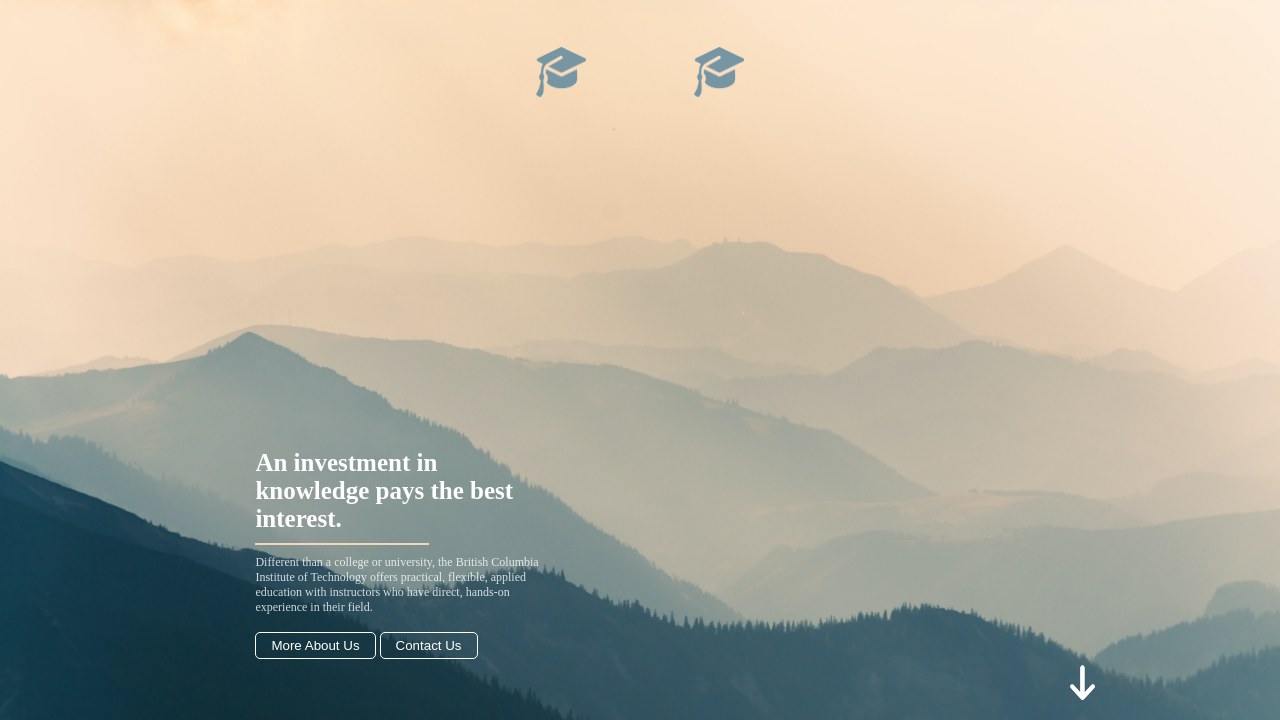
Repository: Sheraliramzan/Aly_A01253508_Assignment1
Page: /
An editor plug-in stored every save of this project. The page is shown before and after a run of saves, followed by the edit.
The browser window is 1280 px wide. The pictures show the whole page.
The project was rebuilt for these pictures with package versions that can differ from the ones it lists, and the page was loaded fresh each time. The framework's server and built-in components were replaced by stand-ins that run in the browser. Also part of the build but not shown: next.config.js.

Above is the page before, as saved 2023-02-04 17:12:31.

### pages/index.js
import Head from 'next/head'
import Image from 'next/image'
import styles from '../styles/Home.module.css'
import Navbar from '../components/nav/nav'

export default function Home() {
  return (
    <>
      <Head>
        <title>Home</title>
        <meta name="author" content="MDIA 2109" />
        <meta property="og:title" content= "Assignment #1 - Home Page"/>
        <meta property="og:description" content= "BCIT Digital Design and Development Diploma"/>
        <meta name="viewport" content="width=device-width, initial-scale=1" />
        <link rel="icon" href="/favicon.png" />
      </Head>
      <main className={styles.main}>
        <div className='fullcont'>
          <Navbar/>
          <div className="headcont">
            <h1 className="headhome">An investment in <br/>knowledge pays the best <br/> interest.</h1>
            <div className="horidiv"></div>
            <p className="para1">Different than a college or university, the British Columbia <br/> Institute of Technology offers practical, flexible, applied education with instructors who have direct, hands-on experience in their field.</p>
          </div>
          <a className='butcont'>
            <button className='but1'>More About Us</button>
            <button className='but1'>Contact Us</button>
          </a>
          <a>
            <span>
              <Image className='downarrow' src ={"/downwardArrow.png"} width={25} height={35}></Image>
            </span>
          </a>
        </div>
      </main>
    </>
  )
}

### styles/globals.css


* {
  box-sizing: border-box;
  padding: 0;
  margin: 0;
}

html,
body {
  max-width: 100vw;
  overflow-x: hidden;

  background-image:url('../public/background-images/backgroundMountain.jpg') ;
  background-size: cover;
  background-repeat: no-repeat;
  height: 100vh;
}
.nav-img-container {
  display: flex;
  align-items: center;
  justify-content: space-between;
  padding: 2rem 10rem;
}
.menu-bg-container {
  position: absolute;
  top: 0rem;
  left: 6.5rem;
}

ul {
  display: flex;
  flex-direction: column;
  gap: 2rem;
}

ul > li {
  list-style-type: none;
  color: white;
}
.list-container {
  position: absolute;
  display: flex;
  align-items: flex-start;
  left: 3rem;
  top: 3rem;
}

.btn-container {
  display: flex;
}

.close-btn {
  background-color: transparent;
  border: none;
  font-size: larger;
  color: white;
}

.fullcont{
  margin: 15px;
}
.but1{
  margin: 2px;
  padding: 5px 15px;
  background: none;
  border: 1px solid var(--primary-color);
  border-radius: 5px;
  color:var(--primary-color) ;
}
.butcont{
 margin-left: -123px;
}

.but1:hover{
  background-color: var( --primary-color);
  color: var(--quinary-color);
}
.downarrow{
  position: relative;
  left: 590px;
  top:50px;
}
.headcont{
  display: flex;
  flex-direction: column;
  width: 55%;
  margin-top: 320px;
  margin-left: -121px;
}
.headhome{
  color: var(--primary-color);
  font-size: 25px;
  margin-bottom: 10px;
}
.horidiv{
  width: 60%;
  border: 1px solid var(--secondary-color);
  margin-bottom: 10px;
}
.para1{
  color: var(--primary-color);
  font-size:12px;
  width: 100%;
  opacity: 0.8;
}


#carouselImage{
  height: 200px;
  background-repeat: no-repeat;
  background-size: cover;
  display: flex;
  justify-content: center;
  align-items: center;
  margin: 40px 0px;
}
#testOnImageHere{
  background-color: rgba(16, 46, 53, 0.5);
  padding: 10px;
  margin: 0px 50px;
}

### styles/variables.css
:root{
    --primary-color:#fff;
    --secondary-color:#f4d6b9;
    --ternary-color: #7796a4;
    --quaternary-color:#14343d;
    --quinary-color:rgba(16,46,53,0.5);
}

### styles/Home.module.css
.main {
  display: flex;
  flex-direction: column;
  justify-content: space-between;
  align-items: center;
}

### components/nav/nav.jsx
import Image from "next/image";
import { useState } from "react";
import { useRouter } from "next/router";
import { menuList } from "./data";

export default function Navbar() {
  const [isMenuOpen, setIsMenuOpen] = useState(false);
  const handleMenu = () => {
    setIsMenuOpen(!isMenuOpen);
  };
  const router = useRouter();

  return (
    <>
      <div className="nav-img-container">
        <Image
          src={"/icons/graduation-hat.png"}
          width={50}
          height={50}
          onClick={handleMenu}
        />
        <Image src={"/icons/graduation-hat.png"} width={50} height={50} />
      </div>
      {isMenuOpen && (
        <div className="menu-bg-container">
          <div className="list-container">
            <div className="btn-container">
              <button className="close-btn" onClick={handleMenu}>
                X
              </button>
            </div>
            <ul>
              {menuList.map((o, i) => {
                return (
                  <li
                    key={i}
                    onClick={() => {
                      router.push(`/${o.link}`);
                    }}
                  >
                    {o.name}
                  </li>
                );
              })}
            </ul>
          </div>
          <Image
            src={"/background-images/menuBackground.png"}
            width={240}
            height={240}
          />
        </div>
      )}
    </>
  );
}

### components/nav/data.js


export const menuList = [
    {
      id: 1,
      name: "Home",
      link: "/",
    },
    {
      id: 2,
      name: "About",
      link: "/about",
    },
    {
      id: 3,
      name: "Contact",
      link: "/contact",
    },
  ];

Loaded but not shown: pages/_app.js (common file); pages/_document.js (common file)

After the next 4 saves:
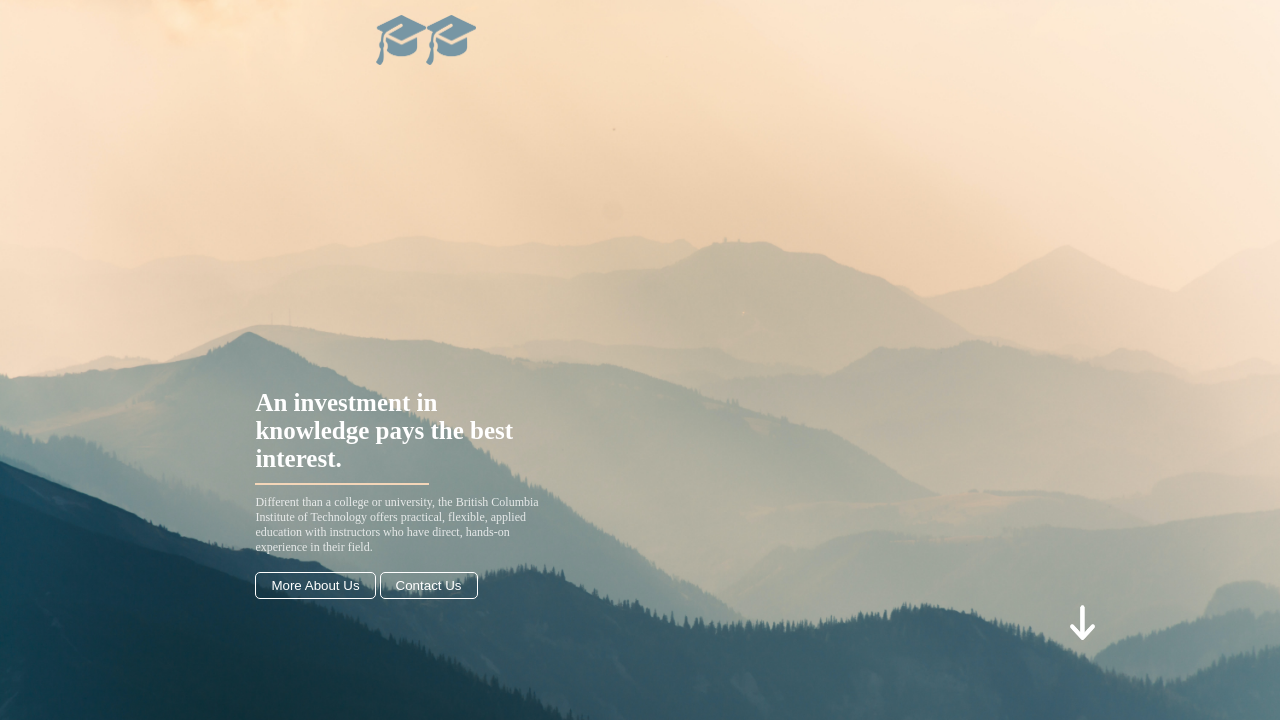
The 4 saves are shown as one change because they came seconds apart.
The last was saved 2 min 28 s later.
--- a/components/nav/nav.jsx
+++ b/components/nav/nav.jsx
@@ -12,7 +12,7 @@ export default function Navbar() {
 
   return (
     <>
-      <div className="nav-img-container">
+      <div className="navcont">
         <Image
           src={"/icons/graduation-hat.png"}
           width={50}

After the 2 saves that followed:
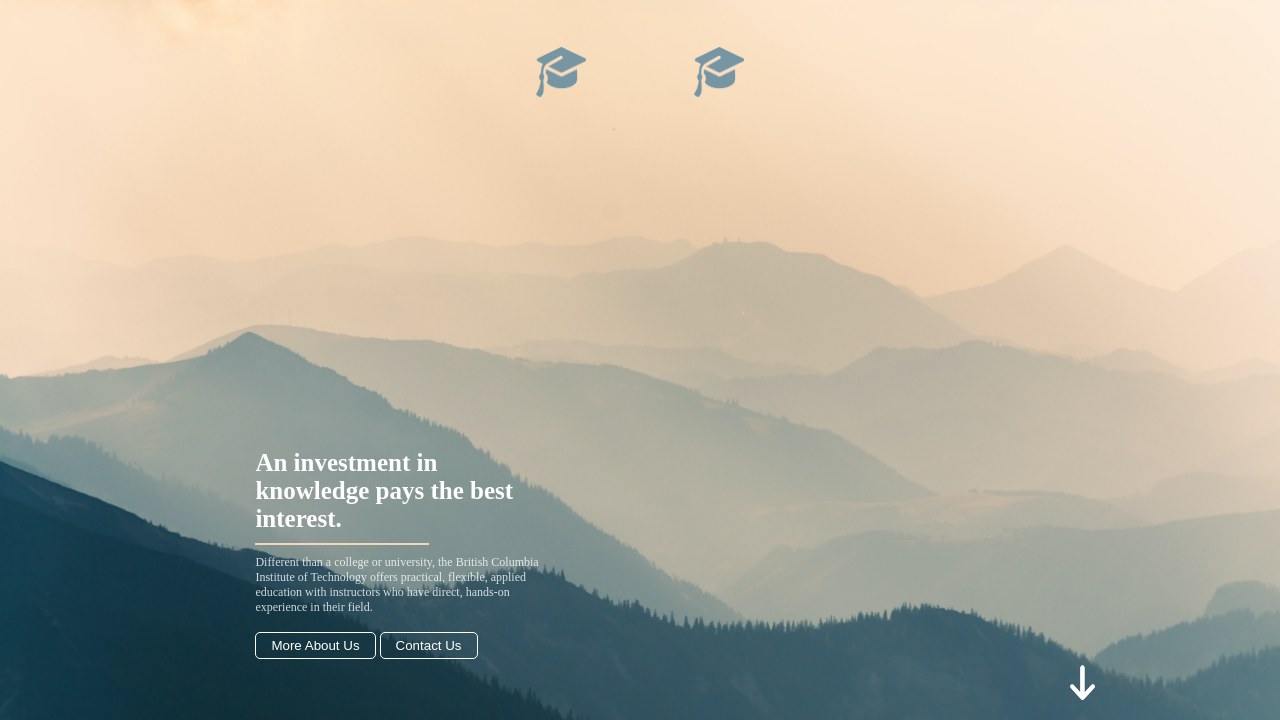
The 2 saves are shown as one change because 1 left the picture as it was.
The last was saved 13 s later.
--- a/styles/globals.css
+++ b/styles/globals.css
@@ -16,7 +16,7 @@ body {
   background-repeat: no-repeat;
   height: 100vh;
 }
-.nav-img-container {
+.navcont {
   display: flex;
   align-items: center;
   justify-content: space-between;
